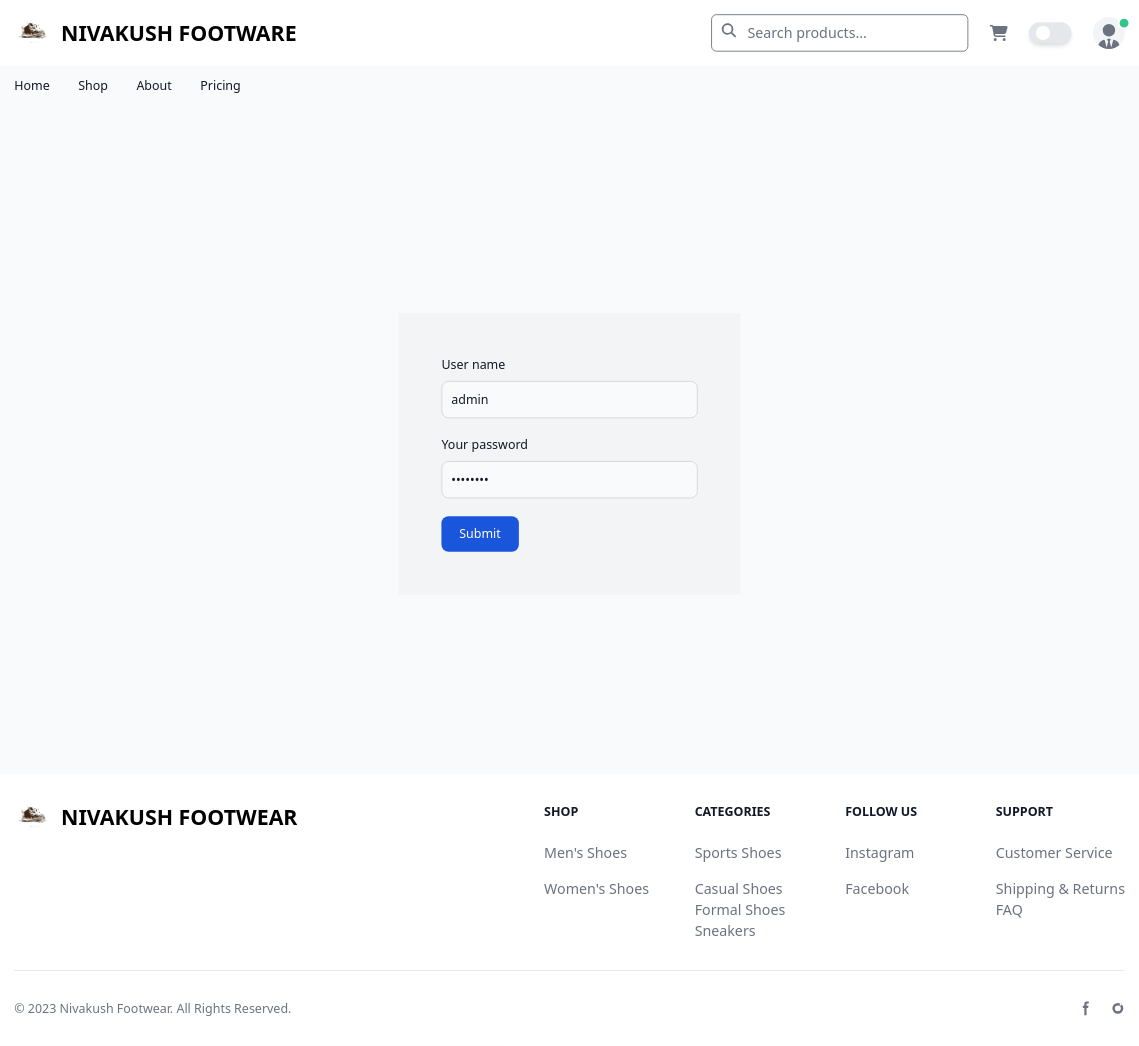
Repository: sibi24sibi/shoe-ecommerce
Page: /login
The author's editor kept a copy of each file at every save. The page is drawn from the files as they stood at one save, then again after the next save.
The browser window is 1280 px wide. The pictures show the whole page, at 89% of full size.
Some web fonts or font styles are not loaded; a fallback is used. Some web libraries are served in a nearby version. The project was rebuilt for these pictures with package versions that can differ from the ones it lists, and the page was loaded fresh each time. Also part of the build but not shown: vite.config.js, src/Payment.jsx, src/Components/Products.jsx, src/Components/Carosel.jsx, src/Prod-page.jsx, src/Cart-page.jsx, src/ProductInfo.jsx, src/Aboutus.jsx and 3 more.

Above is the page before, as saved 2024-09-12 11:54:27.

After the next save:
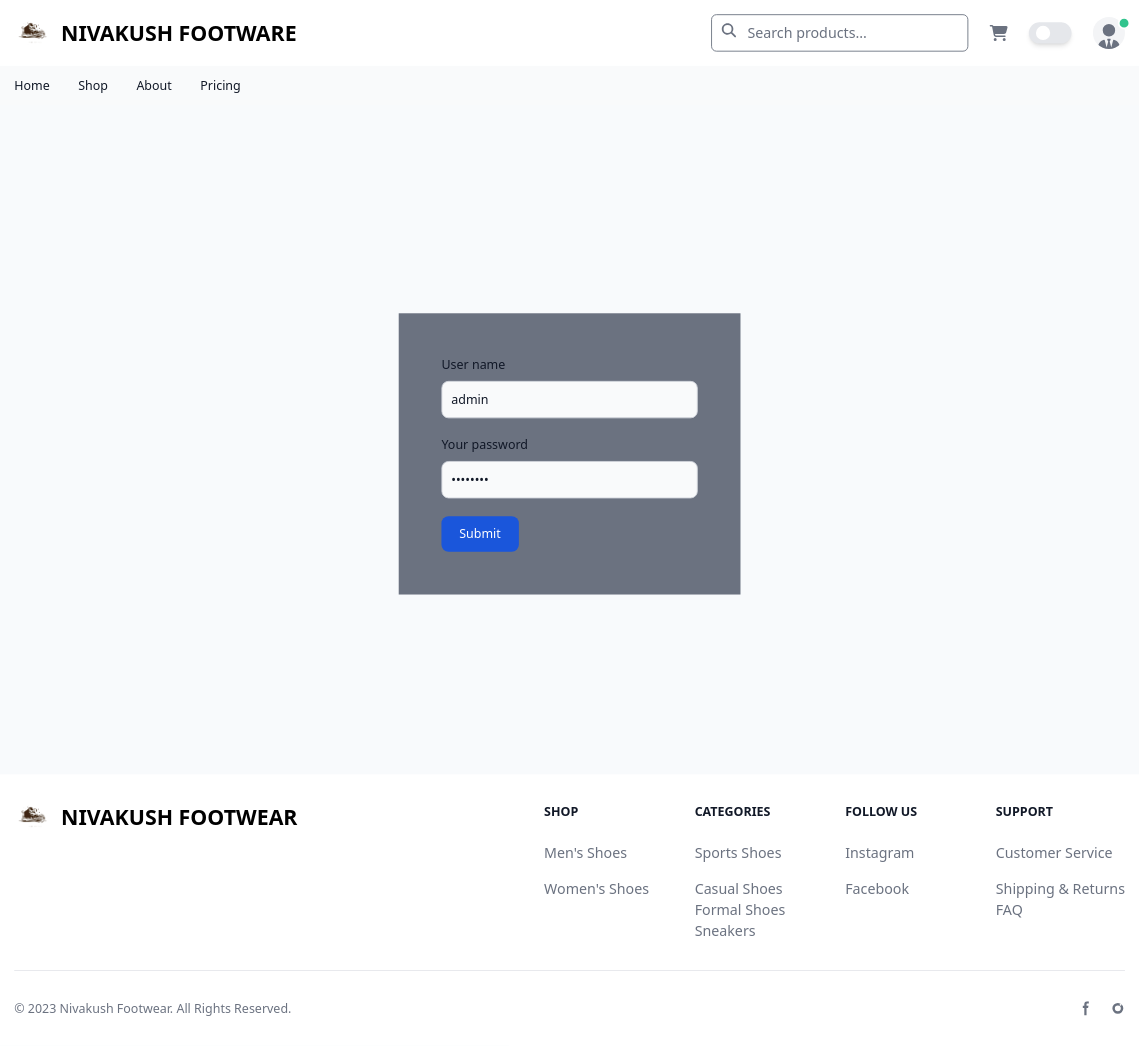
Saved 20 s later.
--- a/src/AdminLogin.jsx
+++ b/src/AdminLogin.jsx
@@ -36,7 +36,7 @@
   return (
     <div className="flex justify-center items-center h-screen ">
       <form
-        className="max-w-sm w-full bg-gray-100 p-12"
+        className="max-w-sm w-full bg-gray-500 p-12"
         onSubmit={handleSubmit}
       >
         <div className="mb-5">

After the 2 saves that followed:
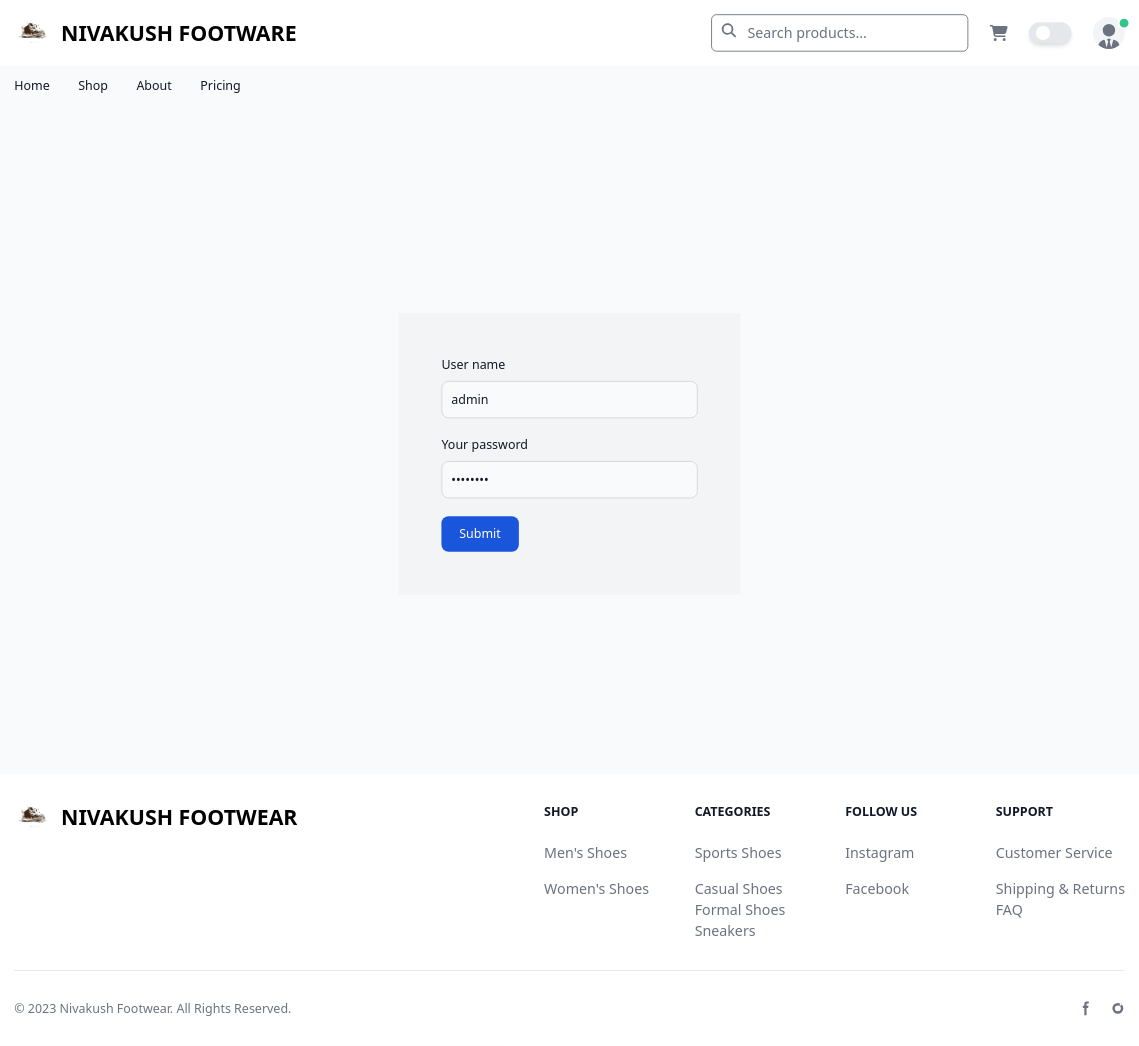
The 2 saves are shown as one change because 1 left the picture as it was.
The last was saved 19 s later.
--- a/src/AdminLogin.jsx
+++ b/src/AdminLogin.jsx
@@ -36,7 +36,7 @@
   return (
     <div className="flex justify-center items-center h-screen ">
       <form
-        className="max-w-sm w-full bg-gray-500 p-12"
+        className="max-w-sm w-full bg-gray-100 m-8 p-12"
         onSubmit={handleSubmit}
       >
         <div className="mb-5">
